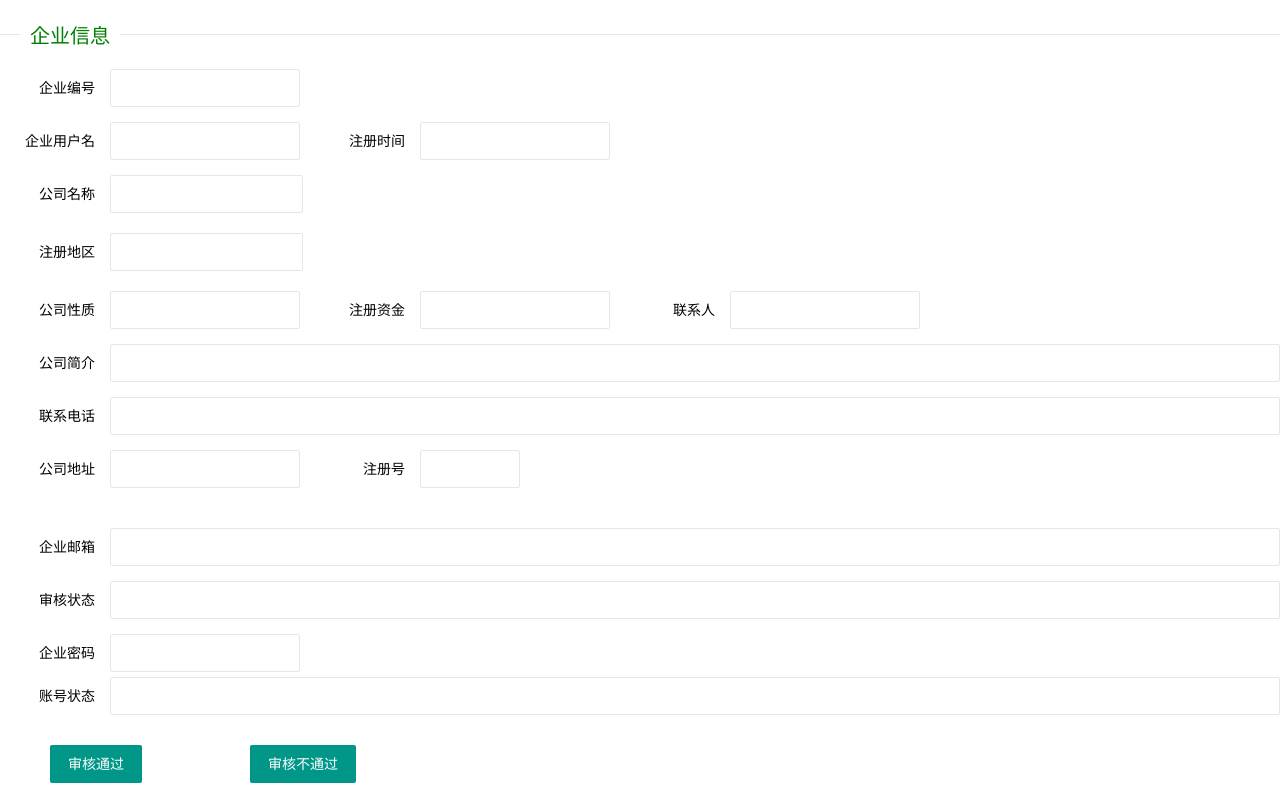
Repository: LongJinhe-coder/java-web-
Page: http://localhost/projectDemo1/displayFirmResume.jsp
These files come from the project's save history. The page is drawn as it stood at one moment and after the next save; the edit follows.
The browser window is 1280 px wide. The pictures show the whole page.
The page is served by Tomcat 9. The template is opened directly, without the code that normally fills it, so the values that code supplies are empty.

Above is the page before, as saved 2020-07-28 12:52:00.

After the next save:
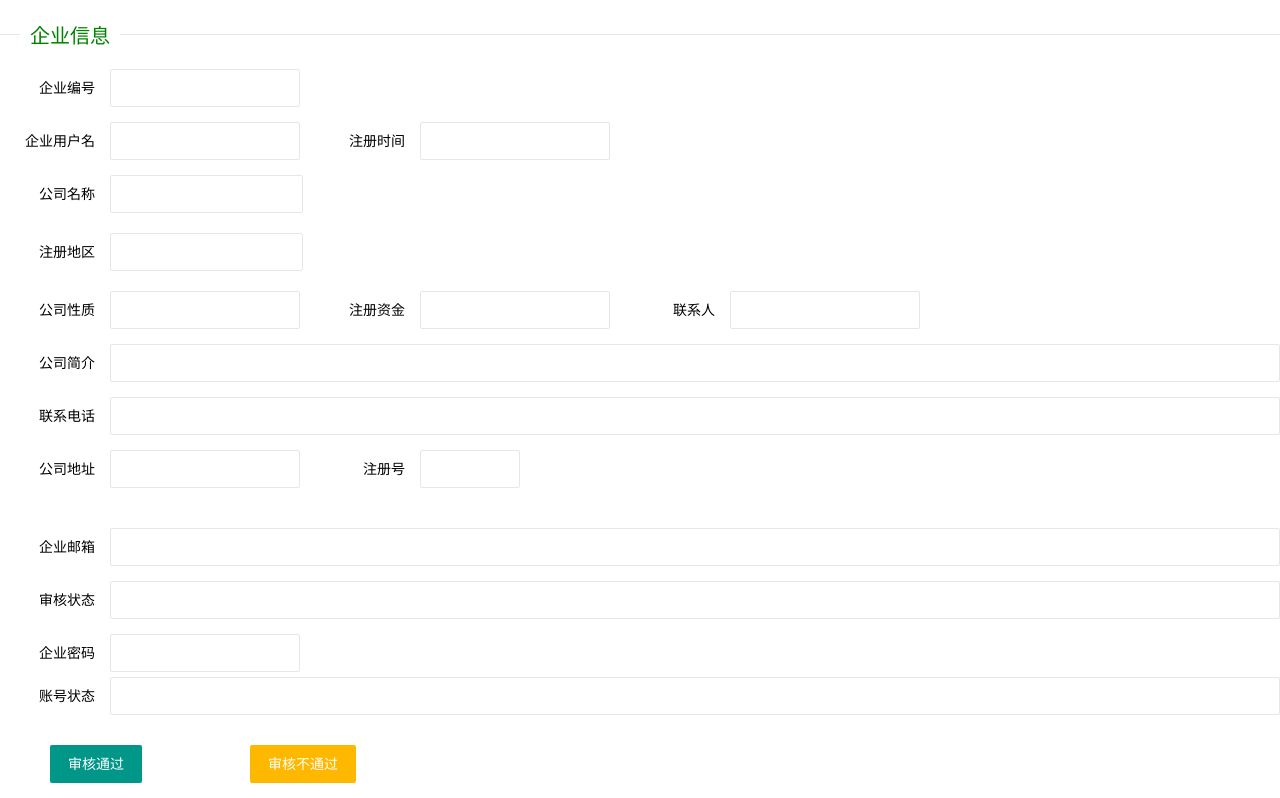
Saved 44 s later.
--- a/MyEclipse CI/projectDemo1/WebRoot/displayFirmResume.jsp
+++ b/MyEclipse CI/projectDemo1/WebRoot/displayFirmResume.jsp
@@ -164,7 +164,7 @@ String basePath = request.getScheme()+"://"+request.getServerName()+":"+request.
       </div>
 
       <div class="layui-input-inline">
-       <button type="button" class="layui-btn">审核不通过</button>
+       <button type="button" class="layui-btn layui-btn-warm">审核不通过</button>
 		</div>
     </div>
   </form>
